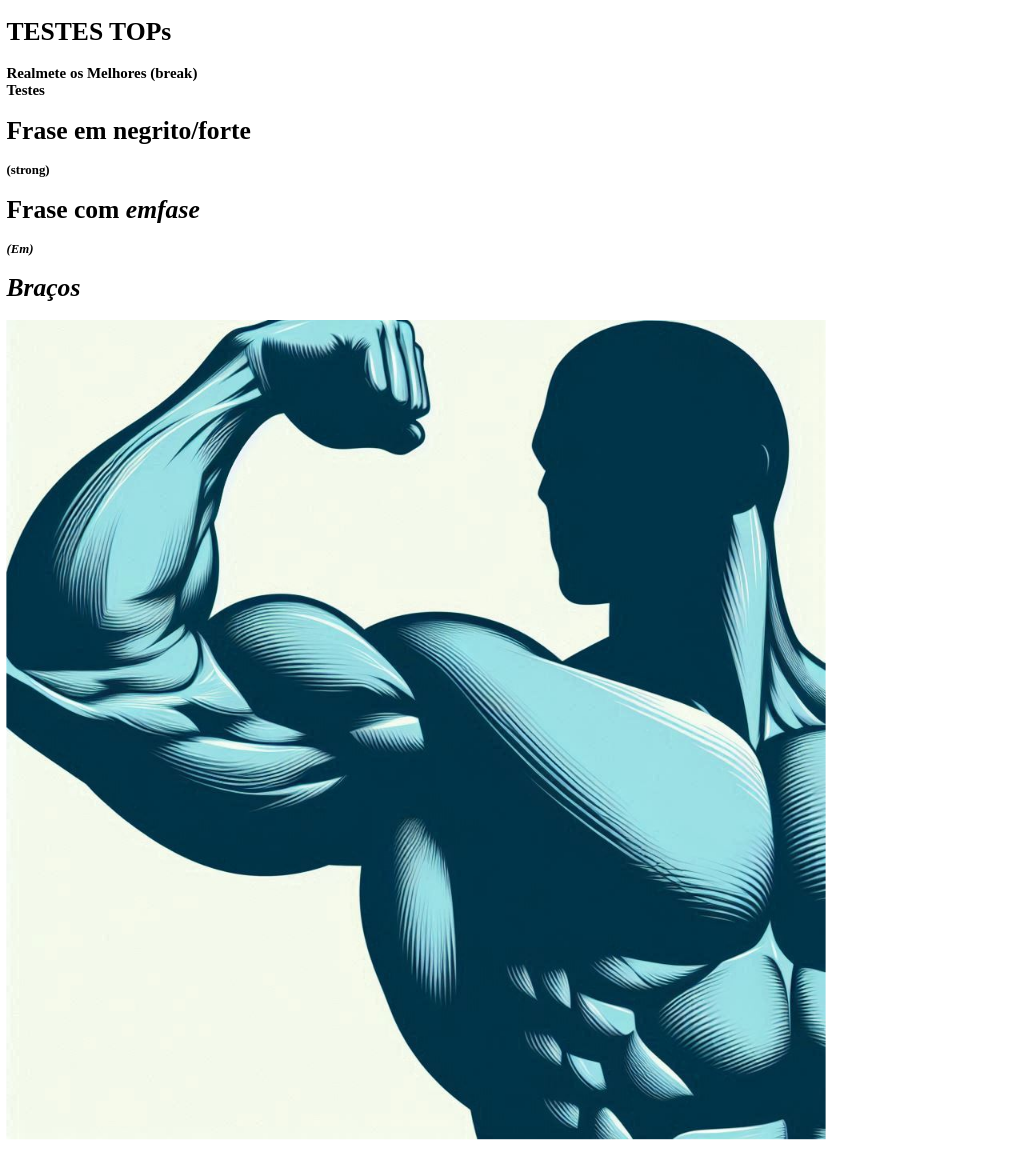
Repository: LuidyOn/Site_Forca_Total
Page: ForçaTotal/teste.html
These files come from the project's save history. The page is drawn as it stood at one moment and after the next save; the edit follows.
The browser window is 1280 px wide. The pictures show the whole page, at 80% of full size.

Above is the page before, as saved 2025-05-14 12:35:08.

After the next save:
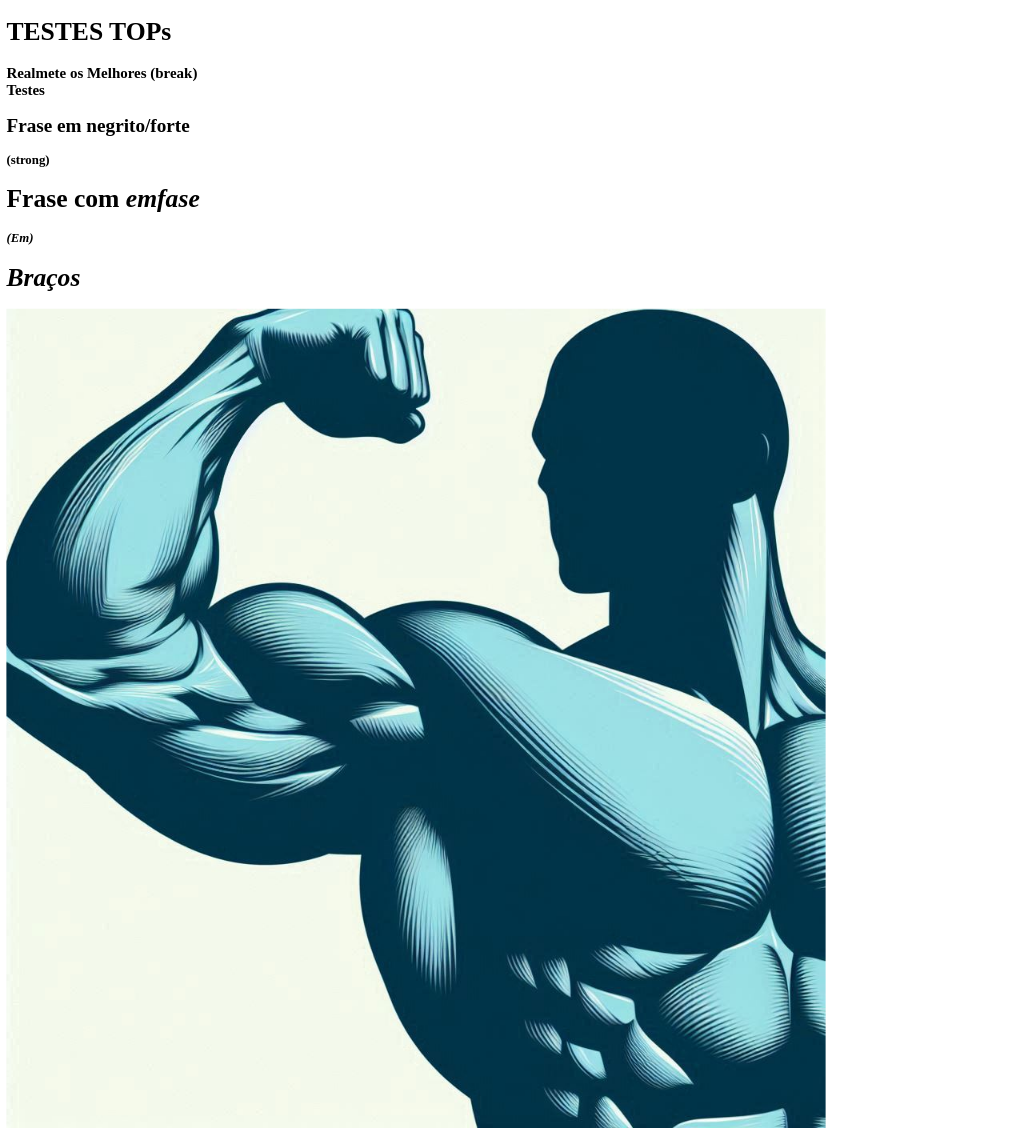
Saved 3 s later.
--- a/ForçaTotal/teste.html
+++ b/ForçaTotal/teste.html
@@ -12,7 +12,7 @@
 
   <h3>Realmete os Melhores (break)<br> Testes</h3>
 
-<H1>Frase em <strong>negrito/forte</strong> </H1>
+<H2>Frase em <strong>negrito/forte</strong> </H1>
 <p><strong>(strong)</p>
 
 <H1>Frase com <em>emfase</em> </h1> <p> <em>(Em)<em> </p>
